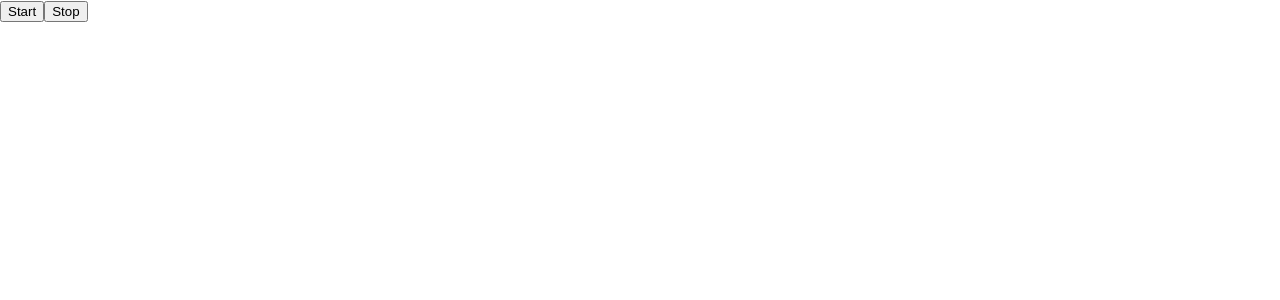
Repository: codysun1912/code
Page: / (app in react-webpack/tiktok/)
An editor plug-in stored every save of this project. The page is shown before and after the next save, followed by the edit.
The browser window is 1280 px wide. The pictures show the whole page.
The project was rebuilt for these pictures with package versions that can differ from the ones it lists, and the page was loaded fresh each time.

Above is the page before, as saved 2022-03-15 18:27:00.

After the next save:
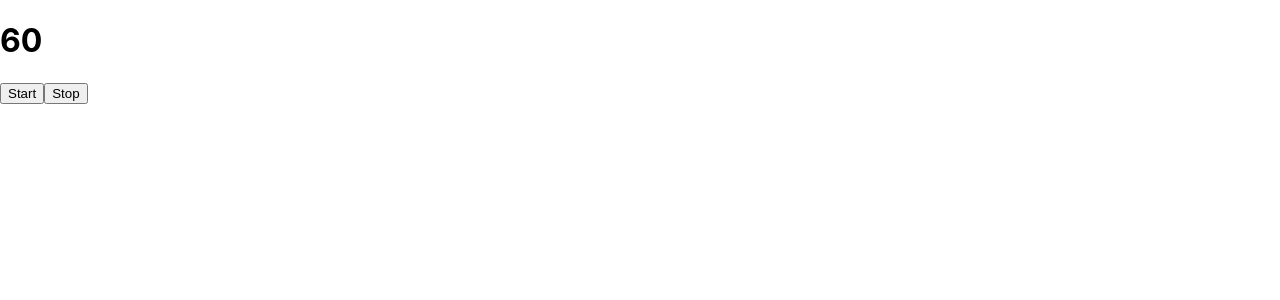
Saved 19 s later.
--- a/react-webpack/tiktok/src/App.js
+++ b/react-webpack/tiktok/src/App.js
@@ -16,6 +16,7 @@ function App() {
 
   return (
     <div className="App">
+    <h1>{count}</h1>
     <button onClick ={handleClickStart}>Start</button>
     <button onClick={handleClickStop}>Stop</button>
     </div>
